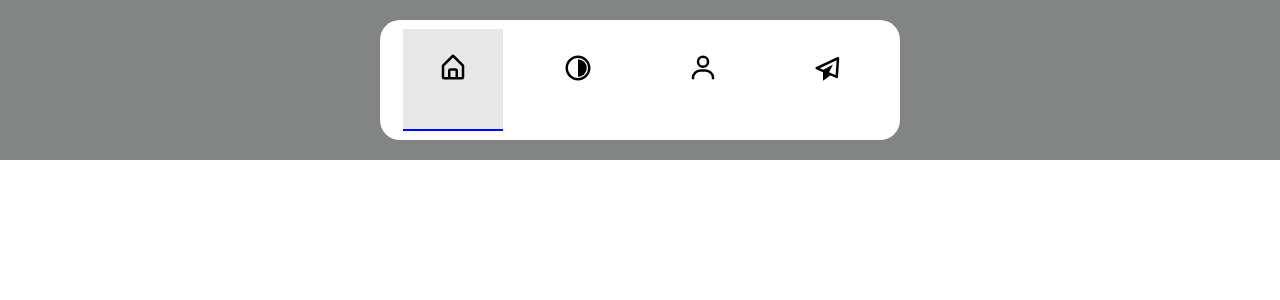
Repository: lethinh2003/pokemon_reactjs
Page: /
These files come from the project's save history. The page is drawn as it stood at one moment and after the next save; the edit follows.
The browser window is 1280 px wide. The pictures show the whole page.
The page's requests for data from a server got no answer. The project was rebuilt for these pictures with package versions that can differ from the ones it lists, and the page was loaded fresh each time. A package was used in the major version that the imports need, not the one package.json lists. No one was signed in, and anything a server would have sent is missing. Also part of the build but not shown: src/App.css, src/styles/loading.scss, src/styles/pokemonDetail.scss, src/view/PokemonDetail.jsx, src/styles/modal.scss, src/view/Contact.jsx.

Above is the page before, as saved 2021-11-28 21:18:03.

After the next save:
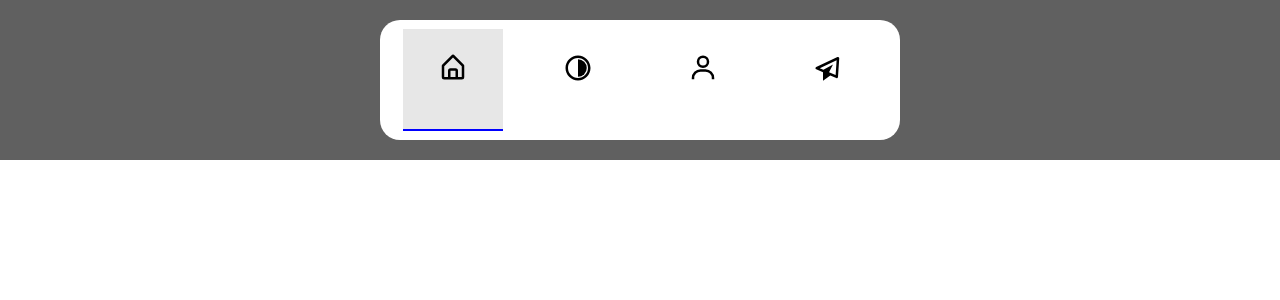
Saved 7 s later.
--- a/src/styles/body.scss
+++ b/src/styles/body.scss
@@ -1,6 +1,6 @@
 .container {
   background-color: rgba(29, 143, 158, 0.507);
-  background-color: rgba(11, 12, 12, 0.507);
+  background-color: rgba(11, 12, 12, 0.65);
   display: flex;
   justify-content: center;
   align-items: center;
